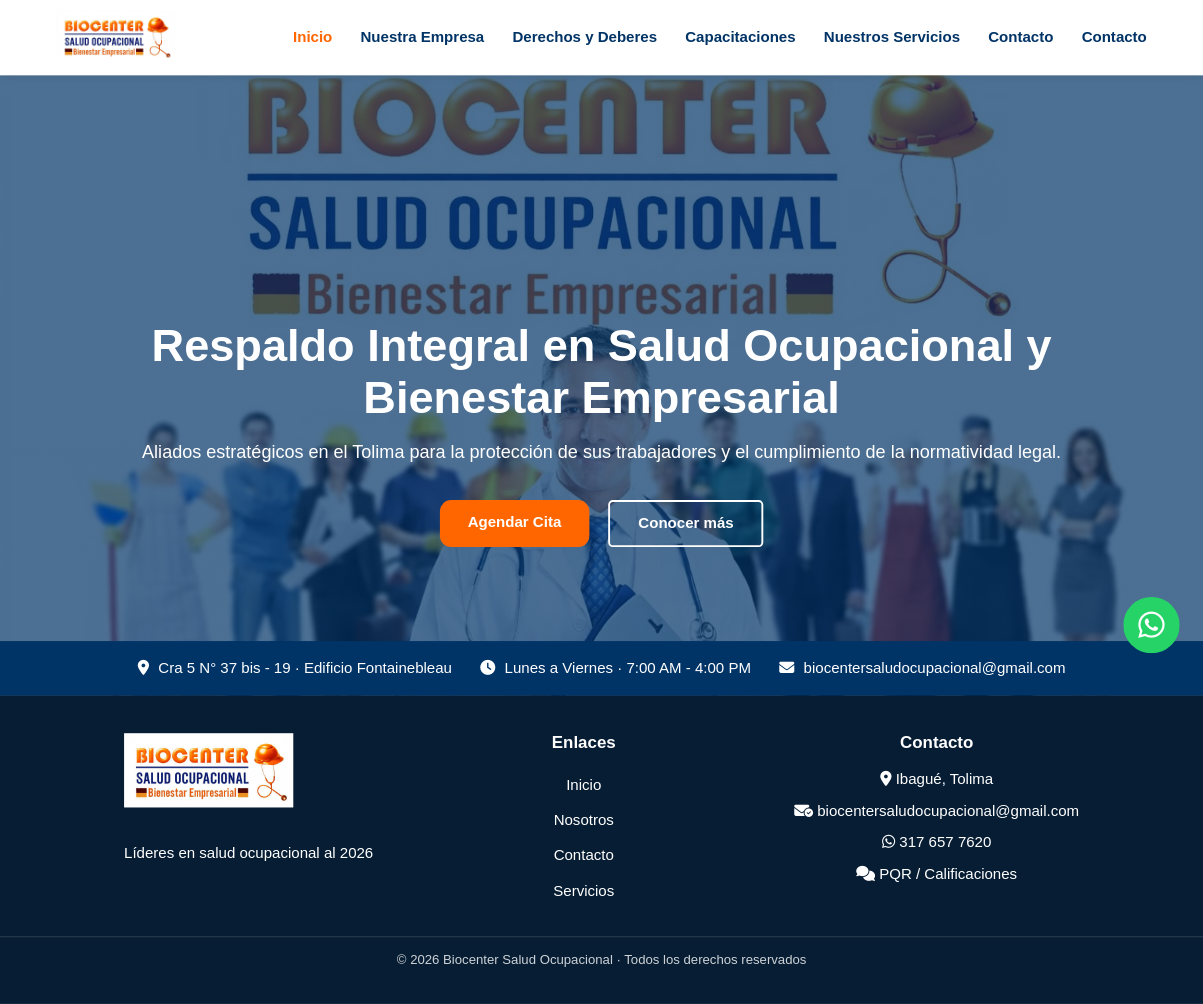
Repository: Miguelperdomo/Biocenter
Page: index.html
These files come from the project's save history. The page is drawn as it stood at one moment and after the next save; the edit follows.
The browser window is 1280 px wide. The pictures show the whole page, at 94% of full size.

Above is the page before, as saved 2026-02-13 11:27:45.

### index.html
<!DOCTYPE html>
<html lang="es">
<head>
    <meta charset="UTF-8">
    <meta name="viewport" content="width=device-width, initial-scale=1.0">
    <link rel="icon" href="imagenes/logo-biocenter.png" type="image/png">
    <title>Biocenter Salud Ocupacional | Bienestar Empresarial</title>
    <meta name="description" content="Especialistas en salud ocupacional y bienestar integral en el Tolima.">
    <link rel="stylesheet" href="diseno/style.css">
    <link rel="stylesheet"
          href="https://cdnjs.cloudflare.com/ajax/libs/font-awesome/6.5.1/css/all.min.css">
</head>

<!-- ================= INCIO DEL PQR  ================= -->
<div class="pqr-modal" id="pqrModal">
  <div class="pqr-box">

    <button class="pqr-close" id="closePqr">&times;</button>

    <h2>PQR y Calificaciones</h2>
    <p class="pqr-sub">
      Tu opinión es muy importante para nosotros 💙
    </p>

    <form action="PHP/enviar_pqr.php" method="POST">

      <div class="pqr-group">
        <label>Nombre completo</label>
        <input type="text" name="nombre" required>
      </div>

      <div class="pqr-group">
        <label>Correo electrónico</label>
        <input type="email" name="correo" required>
      </div>

      <div class="pqr-group">
        <label>Tipo de solicitud</label>
        <select name="tipo" required>
          <option value="">Selecciona una opción</option>
          <option>Petición</option>
          <option>Queja</option>
          <option>Reclamo</option>
          <option>Felicitación</option>
        </select>
      </div>

      <div class="pqr-group">
        <label>Mensaje</label>
        <textarea rows="4" name="mensaje" required></textarea>
      </div>

      <div class="pqr-rating">
        <span>Calificación</span>

        <div class="rating-stars">
            <input type="radio" name="rating" id="star5" value="5" required>
            <label for="star5">★</label>

            <input type="radio" name="rating" id="star4" value="4">
            <label for="star4">★</label>

            <input type="radio" name="rating" id="star3" value="3">
            <label for="star3">★</label>

            <input type="radio" name="rating" id="star2" value="2">
            <label for="star2">★</label>

            <input type="radio" name="rating" id="star1" value="1">
            <label for="star1">★</label>
        </div>
        </div>


      <button class="pqr-btn">
        <i class="fa-solid fa-paper-plane"></i> Enviar PQR
      </button>

    </form>
  </div>
</div>

        <div class="modal-overlay" id="modalConfirm">
            <div class="modal-box">
                <h3 id="modalTitle"></h3>
                    <p id="modalMsg"></p>
                        <button class="btn-primary" id="closeModal">Aceptar</button>
            </div>
        </div>



<body>


<!-- ================= FIN DEL PQR  ================= -->


<!-- ================= INCIO DEL HEADER ================= -->
<header class="menu-desplegable">
    <nav class="container">
        <div class="logo">
            <a href="index.html">
                <img src="imagenes/logo-biocenter.png" alt="Logo Biocenter">
            </a>
        </div>

        <ul class="nav-menu">
            <li><a href="index.html" class="active">Inicio</a></li>
            <li><a href="nosotros.html">Nuestra Empresa</a></li>
            <li><a href="derechos_deberes.html">Derechos y Deberes</a></li>
            <li><a href="capacitaciones.html">Capacitaciones</a></li>
            <li><a href="servicios.html">Nuestros Servicios</a></li>
            <li><a href="contacto.html">Contacto</a></li>
            <li><a href="contacto.html">Contacto</a></li>
        </ul>

        <div class="nav-toggle">
            <i class="fas fa-bars"></i>
        </div>
    </nav>
</header>
<!-- ================= FIN DEL HEADER ================= -->


<!-- ================= INCIO DEL CUYERPO DE LA PAGINA  ================= -->
<section class="hero">
    <div class="hero-content container">
        <h1>Respaldo Integral en Salud Ocupacional y Bienestar Empresarial</h1>
        <p>
            Aliados estratégicos en el Tolima para la protección de sus trabajadores
            y el cumplimiento de la normatividad legal.
        </p>

        <div class="hero-buttons">
            <a href="https://wa.me/573176577620" class="btn btn-primary">Agendar Cita</a>
            <a href="contacto.html" class="btn btn-secondary">Conocer más</a>
        </div>
    </div>
</section>


<!-- ================= INFO BAR ================= -->
<section class="info-bar">
    <div class="info-container">
        <div class="info-item">
            <i class="fas fa-map-marker-alt"></i>
            <span>Cra 5 N° 37 bis - 19 · Edificio Fontainebleau</span>
        </div>

        <div class="info-item">
            <i class="fas fa-clock"></i>
            <span>Lunes a Viernes · 7:00 AM - 4:00 PM</span>
        </div>

        <div class="info-item">
            <i class="fas fa-envelope"></i>
            <span>biocentersaludocupacional@gmail.com</span>
        </div>
    </div>
</section>



<!-- ================= FIN DEL CUYERPO DE LA PAGINA  ================= -->

<!-- ================= INCIIO FOOTER ================= -->
<footer class="footer">
    <div class="footer-container">

        <div class="footer-col">
            <img src="imagenes/logo-biocenter.png" alt="Biocenter">
            <p>Líderes en salud ocupacional al 2026</p>
        </div>


        <div class="enlaces">
            <h4>Enlaces</h4>
            <a href="index.html">Inicio</a>
            <a href="nosotros.html">Nosotros</a>
            <a href="contacto.html">Contacto</a>
            <a href="servicios.html">Servicios</a>
        </div>

        <div>
            <h4>Contacto</h4>
            <p><a href="https://maps.app.goo.gl/pr1ibKEtwjQL5PTQ7" target="_blank" class="footer-link"><i class="fas fa-map-marker-alt"></i> Ibagué, Tolima</a></p>
            <p><a href="mailto:biocentersaludocupacional@gmail.com" class="footer-link"> <i class="fa-solid fa-envelope-circle-check"></i> biocentersaludocupacional@gmail.com </a></p>
            <p><i class="fab fa-whatsapp"></i> 317 657 7620</p>

            <!-- PQR Link -->
            <a href="#" id="openPqr" class="pqr-link">
                <i class="fa-solid fa-comments"></i> PQR / Calificaciones
            </a>
        </div>
    </div>
    <div class="footer-copy">
        © <span id="year"></span> Biocenter Salud Ocupacional · Todos los derechos reservados
    </div>
</footer>

<!-- ================= WHATSAPP ================= -->
<a href="https://wa.me/573176577620" class="whatsapp-float" target="_blank">
    <i class="fab fa-whatsapp"></i>
</a>
<!-- ================= FIN ================= -->

<!-- ================= FIN FOOTER ================= -->
<script>
  document.getElementById("year").textContent = new Date().getFullYear();
</script>


<script src="JS/main.js"></script>
</body>
</html>

Loaded but not shown: JS/main.js (129 lines, source omitted); diseno/style.css (1913 lines, source omitted)

After the next save:
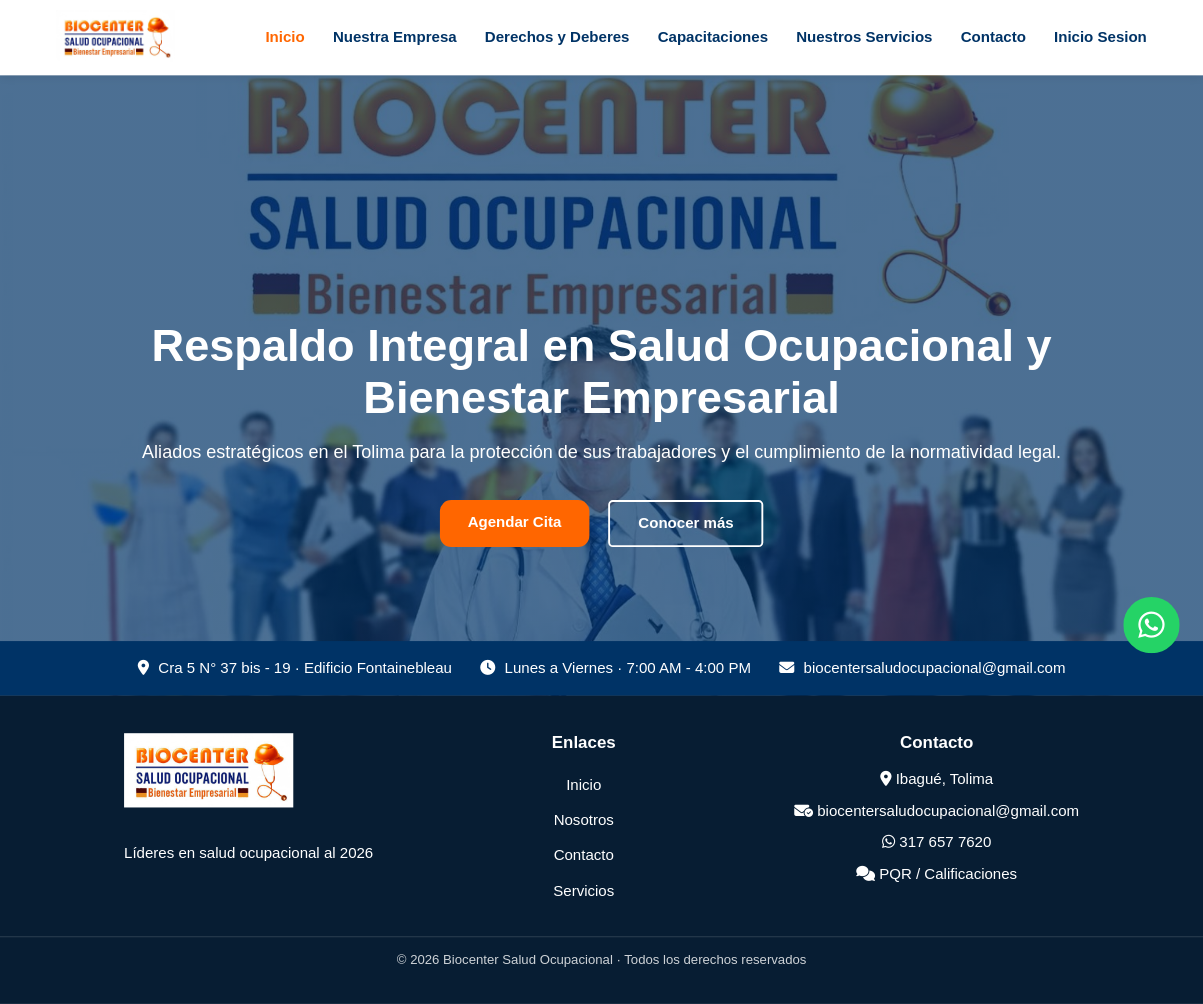
Saved 10 s later.
--- a/index.html
+++ b/index.html
@@ -112,7 +112,7 @@
             <li><a href="capacitaciones.html">Capacitaciones</a></li>
             <li><a href="servicios.html">Nuestros Servicios</a></li>
             <li><a href="contacto.html">Contacto</a></li>
-            <li><a href="contacto.html">Contacto</a></li>
+            <li><a href="contacto.html">Inicio Sesion</a></li>
         </ul>
 
         <div class="nav-toggle">
